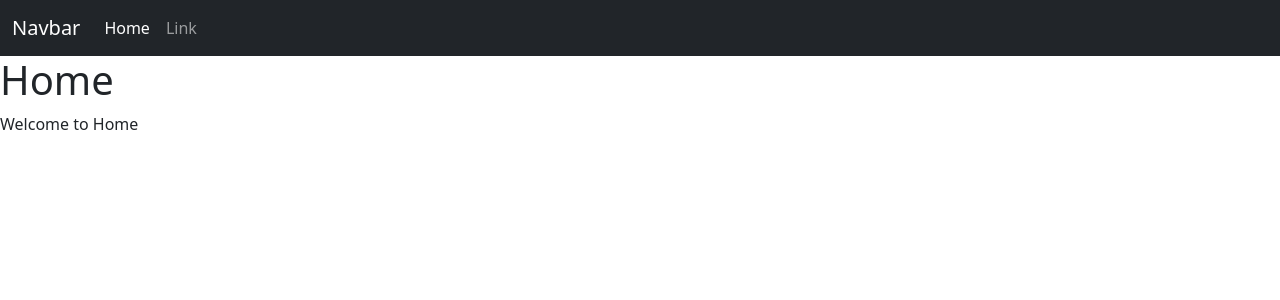
Repository: BlessingAjiboye/WEEK3DEP
Page: http://localhost/
The author's editor kept a copy of each file at every save. The page is drawn from the files as they stood at one save, then again after the next save.
The browser window is 1280 px wide. The pictures show the whole page.
The page is served by the project's Node server (server.js). Other server files are loaded and not shown.

Above is the page before, as saved 2022-09-20 12:50:59.

### views/index.ejs
<!DOCTYPE html>
<html lang="en">
<head>
  <meta charset="UTF-8">
  <meta http-equiv="X-UA-Compatible" content="IE=edge">
  <meta name="viewport" content="width=device-width, initial-scale=1.0">
  <title><%= title %></title>
  <!--css section-->
  <link rel="stylesheet"href="/bootstrap/dist/css/bootstrap.min.css"/>
  <link rel="stylesheet"href="@fortawesome/fontawesome-free/css/all.min.css"/>
  <link rel='stylesheet' href='/Content/app.css' />
</head>
<body>
  <nav class="navbar navbar-expand-lg navbar-dark bg-dark">
    <div class="container-fluid">
      <a class="navbar-brand" href="#">Navbar</a>
      <button class="navbar-toggler" type="button" data-bs-toggle="collapse" data-bs-target="#navbarSupportedContent" aria-controls="navbarSupportedContent" aria-expanded="false" aria-label="Toggle navigation">
        <span class="navbar-toggler-icon"></span>
      </button>
      <div class="collapse navbar-collapse" id="navbarSupportedContent">
        <ul class="navbar-nav me-auto mb-2 mb-lg-0">
          <li class="nav-item">
            <a class="nav-link active" aria-current="page" href="/home">Home</a>
          </li>
          <li class="nav-item">
            <a class="nav-link" href="#">Link</a>
          </li>

      </div>
    </div>
  </nav>
  <h1><%= title %></h1>
  <p>Welcome to <%= title %></p>

  <!--Script section-->
  <script src="/jquery/dist/jquery.min.js"></script>
  <script src="/bootstrap/dist/js/bootstrap.min.js"></script>
  <script src="/Scripts/app.js"></script>
</body>
</html>

### server.js
#!/usr/bin/env node

/**
 * Module dependencies.
 */

var app = require('./app');
var debug = require('debug')('week344:server');
var http = require('http');

/**
 * Get port from environment and store in Express.
 */

var port = normalizePort(process.env.PORT || '3000');
app.set('port', port);

/**
 * Create HTTP server.
 */

var server = http.createServer(app);

/**
 * Listen on provided port, on all network interfaces.
 */

server.listen(port);
server.on('error', onError);
server.on('listening', onListening);

/**
 * Normalize a port into a number, string, or false.
 */

function normalizePort(val) {
  var port = parseInt(val, 10);

  if (isNaN(port)) {
    // named pipe
    return val;
  }

  if (port >= 0) {
    // port number
    return port;
  }

  return false;
}

/**
 * Event listener for HTTP server "error" event.
 */

function onError(error) {
  if (error.syscall !== 'listen') {
    throw error;
  }

  var bind = typeof port === 'string'
    ? 'Pipe ' + port
    : 'Port ' + port;

  // handle specific listen errors with friendly messages
  switch (error.code) {
    case 'EACCES':
      console.error(bind + ' requires elevated privileges');
      process.exit(1);
      break;
    case 'EADDRINUSE':
      console.error(bind + ' is already in use');
      process.exit(1);
      break;
    default:
      throw error;
  }
}

/**
 * Event listener for HTTP server "listening" event.
 */

function onListening() {
  var addr = server.address();
  var bind = typeof addr === 'string'
    ? 'pipe ' + addr
    : 'port ' + addr.port;
  debug('Listening on ' + bind);
}

### routes/index.js
var express = require('express');
var router = express.Router();

/* GET home page. */
router.get('/', function(req, res, next) {
  res.render('index', { title: 'Home' });
});

router.get('/home', function(req, res, next) {
  res.render('index', { title: 'Home' });
});
router.get('/about', function(req, res, next) {
  res.render('index', { title: 'About' });
});

router.get('/Products', function(req, res, next) {
  res.render('index', { title: 'Products' });
});

router.get('/Services', function(req, res, next) {
  res.render('index', { title: 'Services' });
});

router.get('/Contact', function(req, res, next) {
  res.render('index', { title: 'Contact' });
});
module.exports = router;

### app.js
var createError = require('http-errors');
var express = require('express');
var path = require('path');
var cookieParser = require('cookie-parser');
var logger = require('morgan');

var indexRouter = require('./routes/index');
var usersRouter = require('./routes/users');

var app = express();

// view engine setup
app.set('views', path.join(__dirname, 'views'));
app.set('view engine', 'ejs');

app.use(logger('dev'));
app.use(express.json());
app.use(express.urlencoded({ extended: false }));
app.use(cookieParser());
app.use(express.static(path.join(__dirname, 'public')));
app.use(express.static(path.join(__dirname, 'node_modules')));
app.use('/', indexRouter);
app.use('/users', usersRouter);

// catch 404 and forward to error handler
app.use(function(req, res, next) {
  next(createError(404));
});

// error handler
app.use(function(err, req, res, next) {
  // set locals, only providing error in development
  res.locals.message = err.message;
  res.locals.error = req.app.get('env') === 'development' ? err : {};

  // render the error page
  res.status(err.status || 500);
  res.render('error');
});

module.exports = app;

### public/Content/app.css
/* custom css goes here*/

### public/Scripts/app.js
(function(){
    function start()
    {
        console.log("App started...");
    }
    window.addEventListener("load",start);
})();

After the next save:
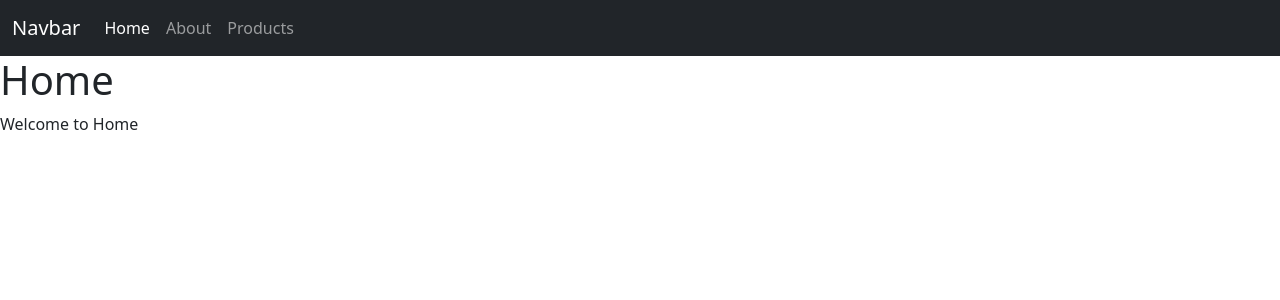
Saved 2 min 4 s later.
--- a/views/index.ejs
+++ b/views/index.ejs
@@ -23,7 +23,11 @@
             <a class="nav-link active" aria-current="page" href="/home">Home</a>
           </li>
           <li class="nav-item">
-            <a class="nav-link" href="#">Link</a>
+            <a class="nav-link" href="about">About</a>
+          </li>
+
+          <li class="nav-item">
+            <a class="nav-link" href="products">Products</a>
           </li>
 
       </div>
